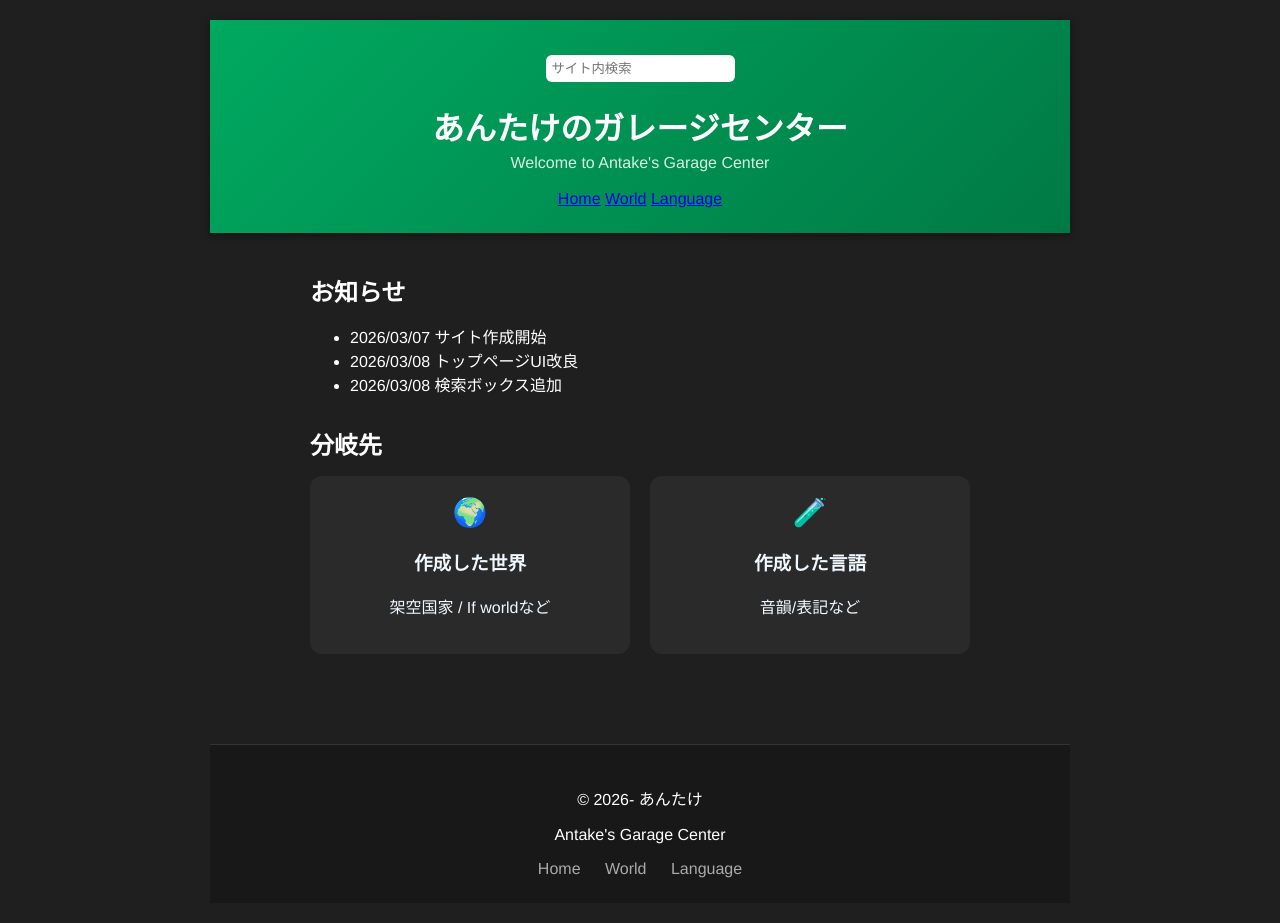
Repository: Player5270-antake/Player5270-antake.github.io
Page: index.html
The author's editor kept a copy of each file at every save. The page is drawn from the files as they stood at one save, then again after the next save.
The browser window is 1280 px wide. The pictures show the whole page.

Above is the page before, as saved 2026-03-08 22:47:09.
Console error: ReferenceError: highlightToc is not defined

After the next save:
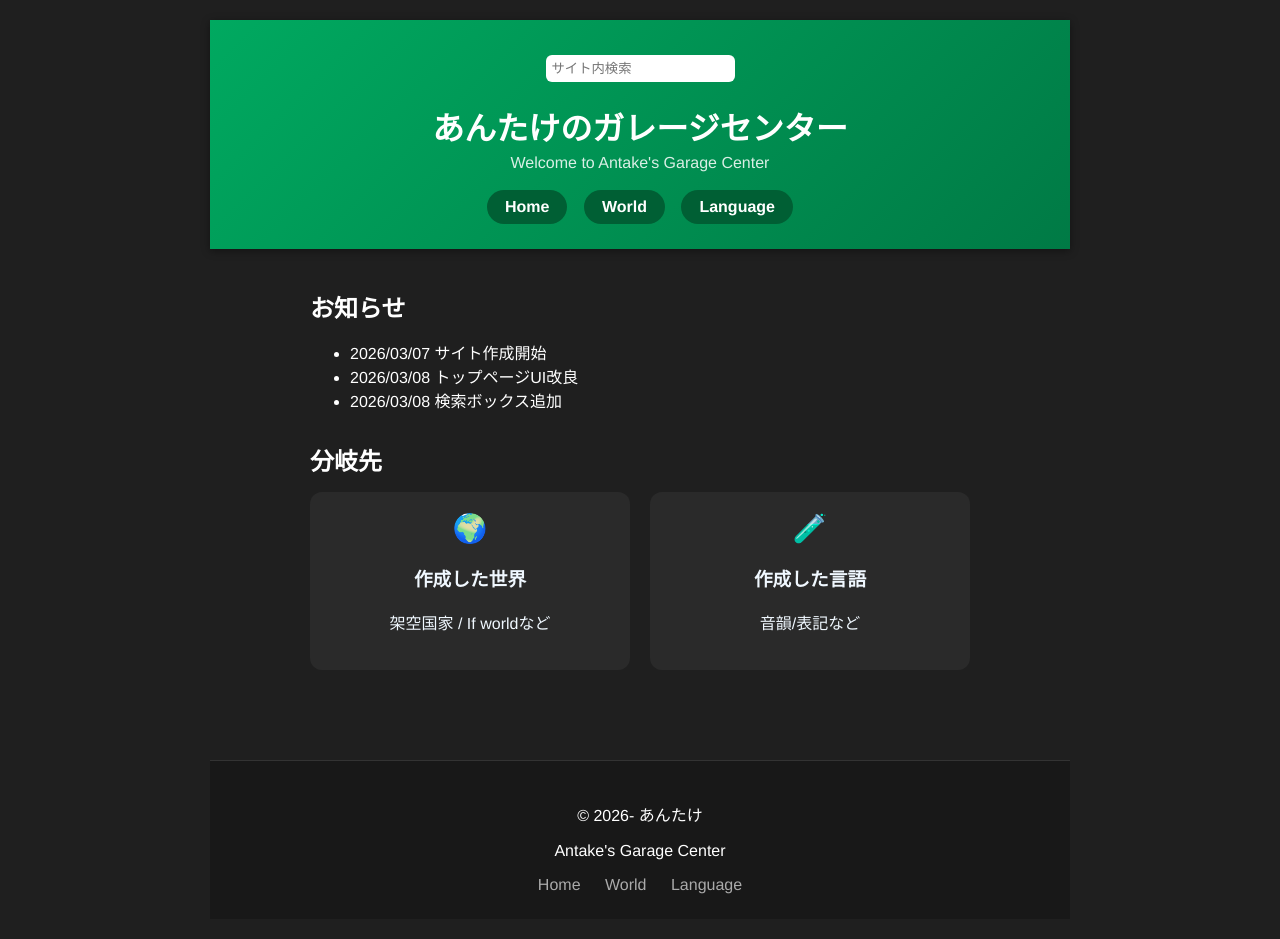
Saved 16 s later.
--- a/index.html
+++ b/index.html
@@ -18,7 +18,7 @@
             </div>
             <h1>あんたけのガレージセンター</h1>
             <p>Welcome to Antake's Garage Center</p>
-            <nav class="main-nav">
+            <nav class="header-nav">
                 <a href="index.html">Home</a>
                 <a href="world/">World</a>
                 <a href="language/">Language</a>
